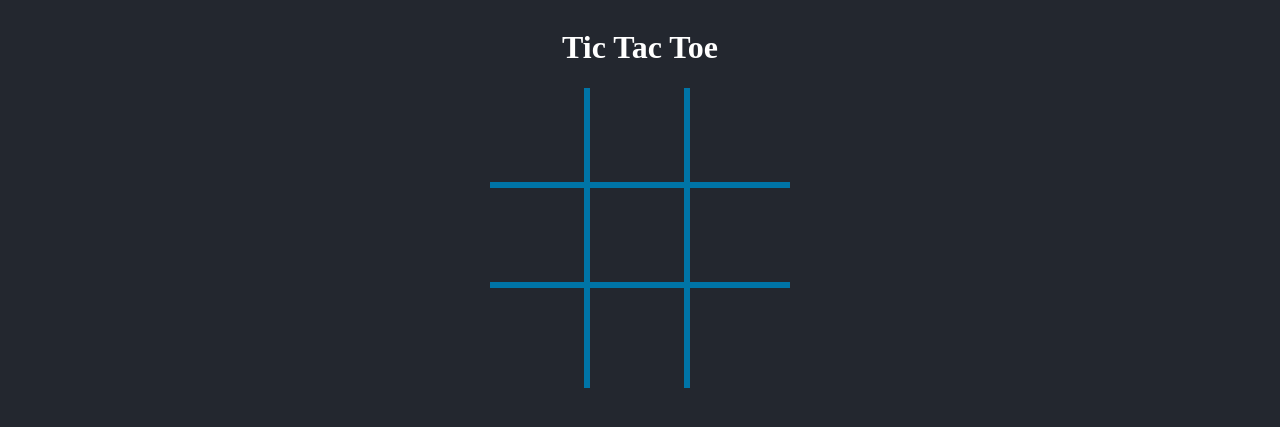
Repository: rts-cmk/tic-tac-toe-Malak-003
Page: /
The author's editor kept a copy of each file at every save. The page is drawn from the files as they stood at one save, then again after the next save.
The browser window is 1280 px wide. The pictures show the whole page.
The project was rebuilt for these pictures with package versions that can differ from the ones it lists, and the page was loaded fresh each time. Also part of the build but not shown: vite.config.js, src/index.css.

Above is the page before, as saved 2025-11-04 11:14:43.

### index.html
<!doctype html>
<html lang="en">
  <head>
    <meta charset="UTF-8" />
    <link rel="icon" type="image/svg+xml" href="/vite.svg" />
    <meta name="viewport" content="width=device-width, initial-scale=1.0" />
    <title>tic-tac-toe-malak-003</title>
  </head>
  <body>
    <div id="root"></div>
    <script type="module" src="/src/main.jsx"></script>
  </body>
</html>

### src/App.jsx
import TicTacToe from "./components/TicTacToe"
import "./App.css"

function App(){
    return <TicTacToe/>

}

export default App

### src/components/TicTacToe.jsx
import { useState, useEffect } from "react"
import Board from "./Board"

const PLAYER_X = "X"
const PLAYER_O = "O"

const winningCombinations = [
    //Rows
    {combo: [0, 1, 2], strikeClass:"strike-row-1"},
    {combo: [3, 4, 5], strikeClass:"strike-row-2"},
    {combo: [6, 7, 8], strikeClass:"strike-row-3"},

    //colums
    {combo: [0, 3, 6], strikeClass:"strike-column-1"},
    {combo: [1, 4, 7], strikeClass:"strike-column-2"},
    {combo: [2, 5, 8], strikeClass:"strike-column-3"},

    //Diagonals
    {combo: [0, 4, 8], strikeClass:"strike-diagonal-1"},
    {combo: [2, 4, 6], strikeClass:"strike-diagonal-2"},
]

function checkWinner(tiles, setStrikeClass){
    // console.log("check winner")
    for(const {combo, StrikeClass} of winningCombinations ){
        const tileValue1 = tiles [combo[0]]
        const tileValue2 = tiles [combo[1]]
        const tileValue3 = tiles [combo[2]]

        if(
            tileValue1 !== null &&
            tileValue1 === tileValue2 &&
            tileValue1 === tileValue3
        ) {
            setStrikeClass(StrikeClass)
        }


    }
}

function TicTacToe(){
    const [tiles, setTiles] = useState(Array(9).fill(null))
    const [playerTurn, setPlayerTurn] = useState(PLAYER_X)
    const [strikeClass, setStrikeClass] = useState()

    const handleTileClick = (index) => {
        if (tiles[index] !== null){
            return
        }
        // console.log(index)
        const  newTiles = [...tiles]
        newTiles[index] = playerTurn
        setTiles(newTiles)
        if (playerTurn === PLAYER_X){
            setPlayerTurn(PLAYER_O)
        }else{
            setPlayerTurn(PLAYER_X)
        }

    }

    useEffect(() => {
        checkWinner(tiles, setStrikeClass)
    }, [tiles])

    return(
    <div>
        <h1>Tic Tac Toe</h1>
        <Board playerTurn={playerTurn}
         tiles={tiles} onTileClick={handleTileClick}
         strikeClass={strikeClass}
         />
    </div>
    )
}
    export default TicTacToe

### src/App.css
body {
  display: flex;
  flex-direction: column;
  align-items: center;
  background-color: #23272f;
  color: white;
}

h1 {
  text-align: center;
}

.board {
  display: grid;
  grid-template-columns: 100px 100px 100px;
  grid-template-rows: 100px 100px 100px;
  cursor: pointer;
  position: relative;
}

.tile {
  color: currentColor;
  font-size: 2em;
  display: flex;
  justify-content: center;
  align-items: center;
}

.right-border {
  border-right: 0.2em solid #0074a6;
}

.bottom-border {
  border-bottom: 0.2em solid #0074a6;
}

.x-hover:hover::after {
  content: "X";
  opacity: 0.4;
}

.o-hover:hover::after {
  content: "O";
  opacity: 0.4;
}

.strike {
  position: absolute;
  background-color: darkorange;
}

.strike-row-1 {
  width: 100%;
  height: 4px;
  top: 15%;
}
.strike-row-2 {
  width: 100%;
  height: 4px;
  top: 48%;
}
.strike-row-3 {
  width: 100%;
  height: 4px;
  top: 83%;
}
.strike-column-1 {
  height: 100%;
  width: 4px;
  left: 15%;
}
.strike-column-2 {
  height: 100%;
  width: 4px;
  left: 48%;
}
.strike-column-3 {
  height: 100%;
  width: 4px;
  left: 83%;
}
.strike-diagonal-1 {
  width: 90%;
  height: 4px;
  top: 50%;
  left: 5%;
  transform: skewY(45deg);
}
.strike-diagonal-2 {
  width: 90%;
  height: 4px;
  top: 50%;
  left: 5%;
  transform: skewY(-45deg);
}

.game-over {
  text-align: center;
  border: #5468ff 8px;
  border-style: dotted;
  padding: 10px;
  margin-top: 50px;
  font-size: 1.5em;
}

.reset-button {
  margin-top: 50px;
  padding: 20px;
  background-color: #0074a6;
  color: white;
  width: 100%;
  font-size: 1.5em;
}

### src/components/Board.jsx
import Strike from "./Strike"
import Tile from "./Tile"

function Board({ tiles, onTileClick, playerTurn, strikeClass}) {
    return <div className="board">
        <Tile playerTurn={playerTurn} onClick={() => onTileClick(0)} value={tiles[0]} className="right-border bottom-border" />
        <Tile playerTurn={playerTurn} onClick={() => onTileClick(1)} value={tiles[1]} className="right-border bottom-border" />
        <Tile playerTurn={playerTurn} onClick={() => onTileClick(2)} value={tiles[2]} className=" bottom-border" />
        <Tile playerTurn={playerTurn} onClick={() => onTileClick(3)} value={tiles[3]} className="right-border bottom-border" />
        <Tile playerTurn={playerTurn} onClick={() => onTileClick(4)} value={tiles[4]} className="right-border bottom-border" />
        <Tile playerTurn={playerTurn} onClick={() => onTileClick(5)} value={tiles[5]} className="bottom-border" />
        <Tile playerTurn={playerTurn} onClick={() => onTileClick(6)} value={tiles[6]} className="right-border " />
        <Tile playerTurn={playerTurn} onClick={() => onTileClick(7)} value={tiles[7]} className="right-border" />
        <Tile playerTurn={playerTurn} onClick={() => onTileClick(8)} value={tiles[8]} />
        <Strike strikeClass={strikeClass} />
    </div>
}

export default Board

### src/components/Strike.jsx

function Strike({strikeClass}){
    return <div className={`strike ${strikeClass}`}></div>

}
    export default Strike

### src/components/Tile.jsx
function Tile({className, value, onClick, playerTurn}){
    let hoverClass = null
    if(value == null && playerTurn != null){
        hoverClass = `${playerTurn.toLowerCase()}-hover`
    }
    return <div onClick={onClick}  className={`tile ${className} ${hoverClass}`}>
        {value}</div>
}

export default Tile

Loaded but not shown: src/main.jsx (common file)

After the next save:
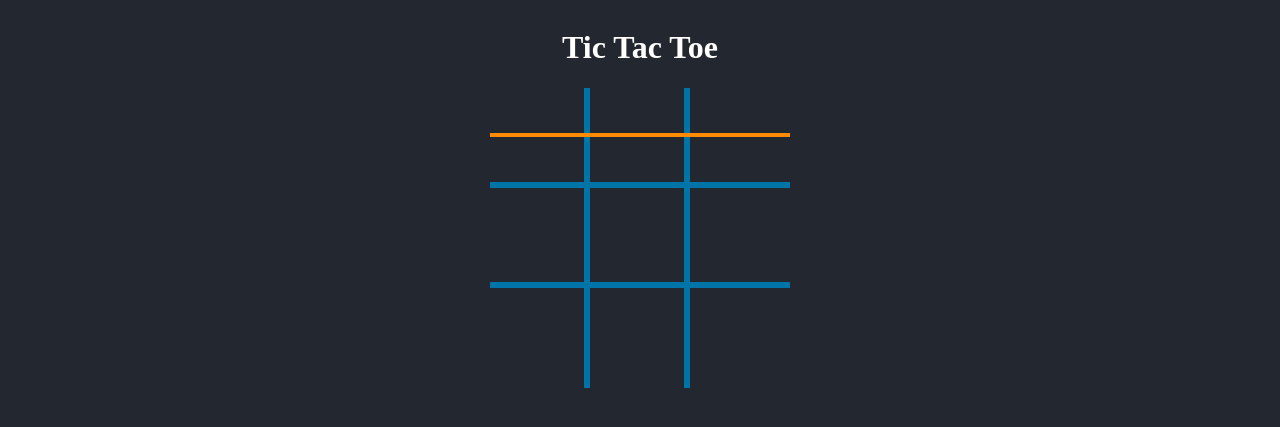
Saved 2 min 2 s later.
--- a/src/components/TicTacToe.jsx
+++ b/src/components/TicTacToe.jsx
@@ -42,7 +42,7 @@
 function TicTacToe(){
     const [tiles, setTiles] = useState(Array(9).fill(null))
     const [playerTurn, setPlayerTurn] = useState(PLAYER_X)
-    const [strikeClass, setStrikeClass] = useState()
+    const [strikeClass, setStrikeClass] = useState("strike-row-1")
 
     const handleTileClick = (index) => {
         if (tiles[index] !== null){

After the save that followed:
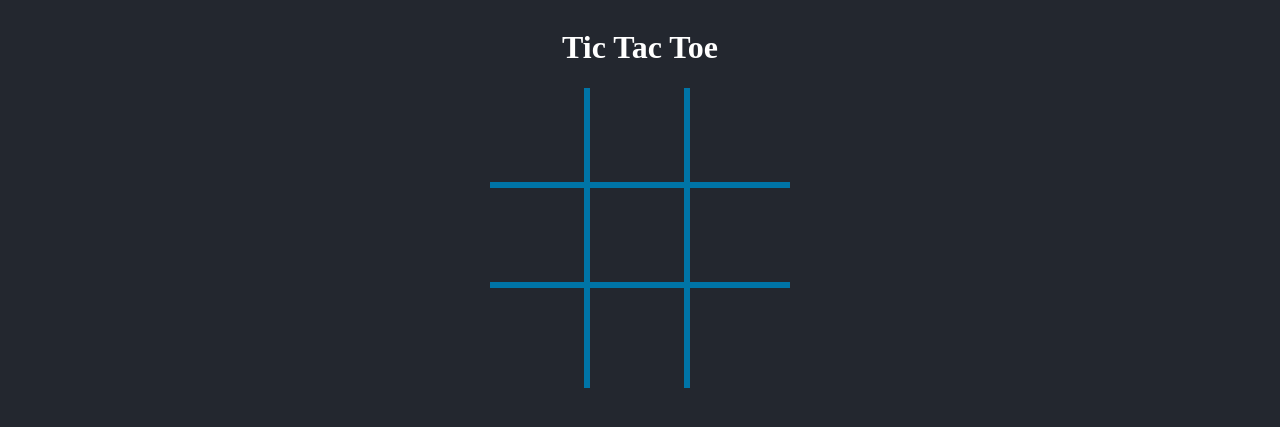
Saved 14 s later.
--- a/src/components/TicTacToe.jsx
+++ b/src/components/TicTacToe.jsx
@@ -42,7 +42,7 @@
 function TicTacToe(){
     const [tiles, setTiles] = useState(Array(9).fill(null))
     const [playerTurn, setPlayerTurn] = useState(PLAYER_X)
-    const [strikeClass, setStrikeClass] = useState("strike-row-1")
+    const [strikeClass, setStrikeClass] = useState()
 
     const handleTileClick = (index) => {
         if (tiles[index] !== null){
